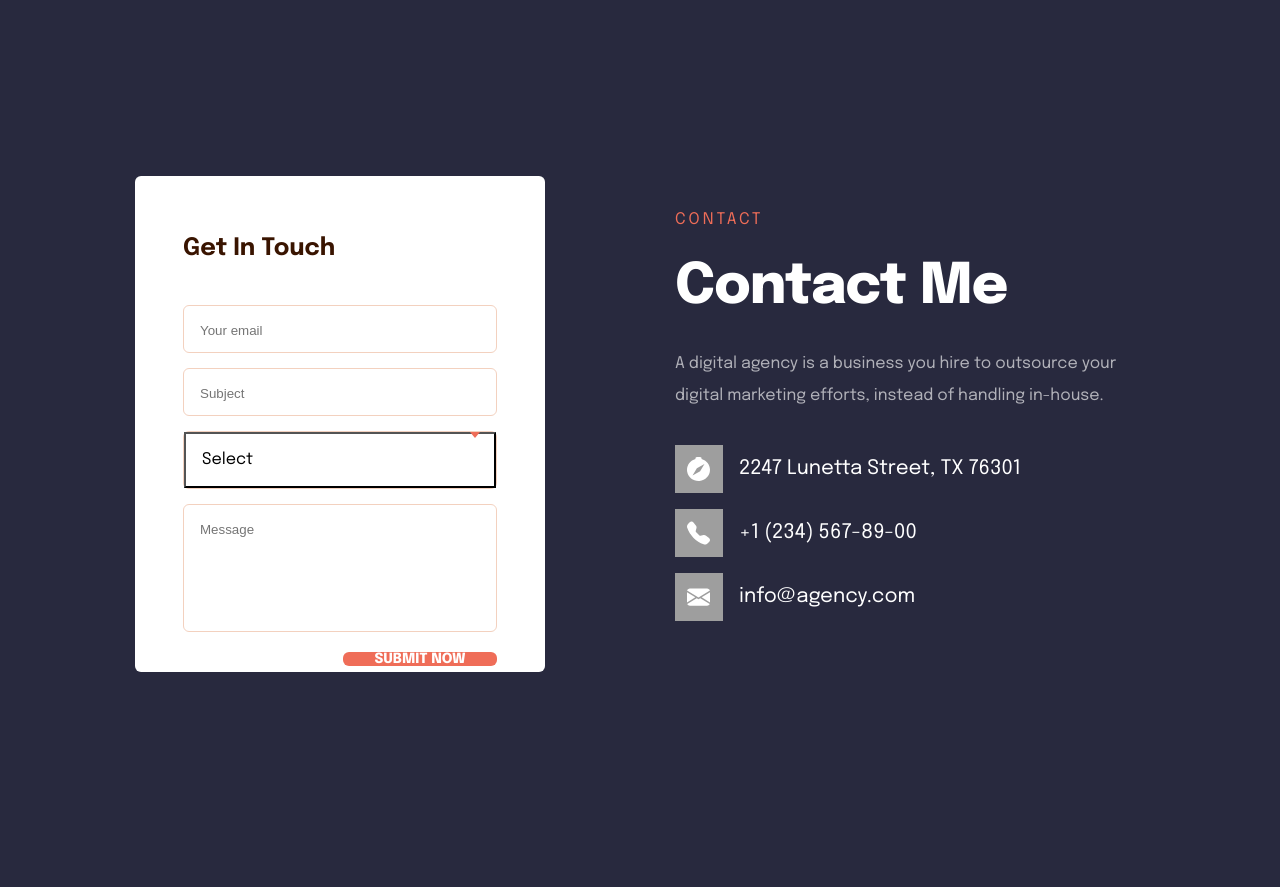
Repository: NatiqSamiyev/form-task-2
Page: index.html
These files come from the project's save history. The page is drawn as it stood at one moment and after the next save; the edit follows.
The browser window is 1280 px wide. The pictures show the whole page.
Pictures or frames that could not be fetched are drawn as grey boxes. Some web fonts or font styles are not loaded; a fallback is used.

Above is the page before, as saved 2023-10-26 11:46:00.

After the next save:
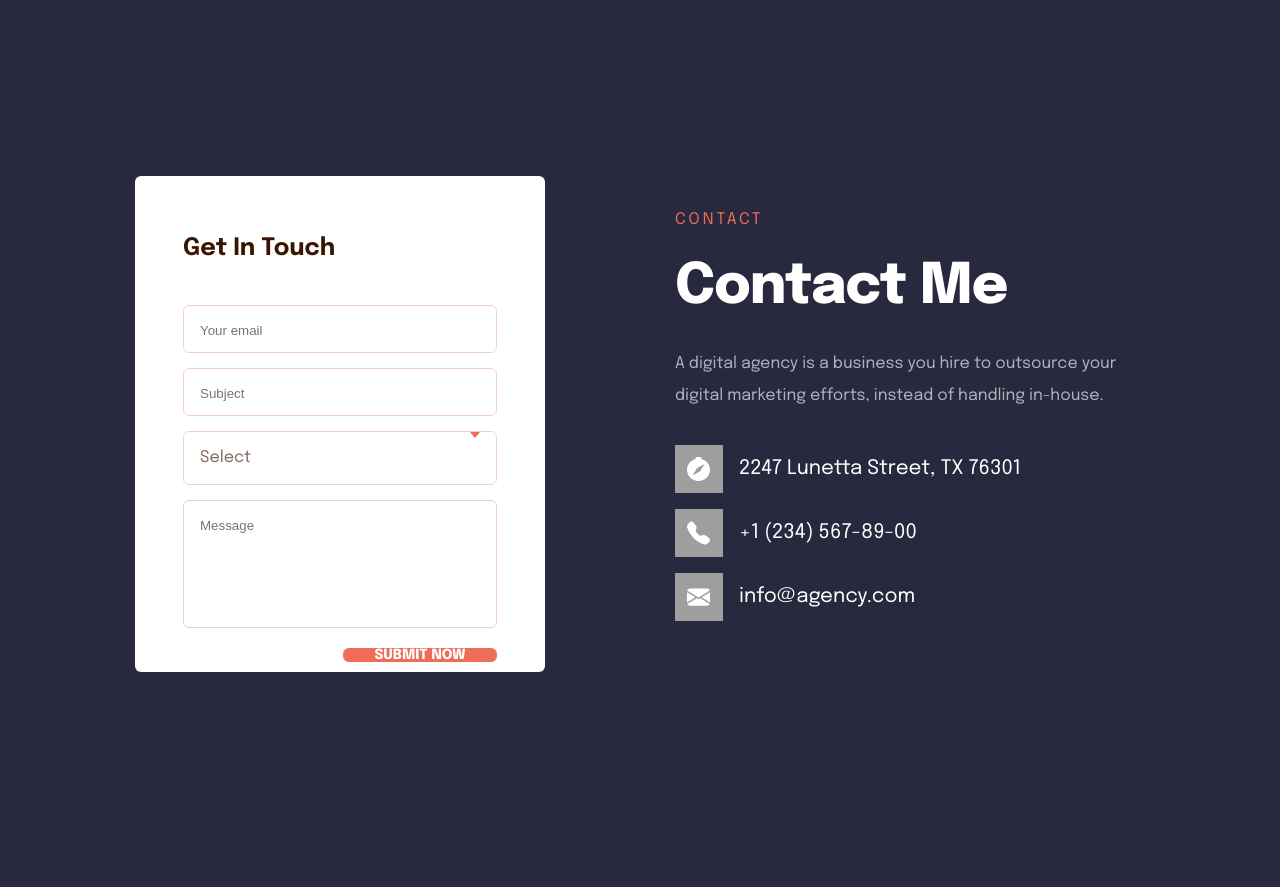
Saved 4 s later.
--- a/index.css
+++ b/index.css
@@ -170,7 +170,7 @@ position: relative;
   height: 100%;
   padding: 10px 16px;
 background: none;
-br
+border: none;
   color: var(--Text_Dark_Gray, rgba(57, 20, 0, 0.64));
 font-feature-settings: 'clig' off, 'liga' off;
 
